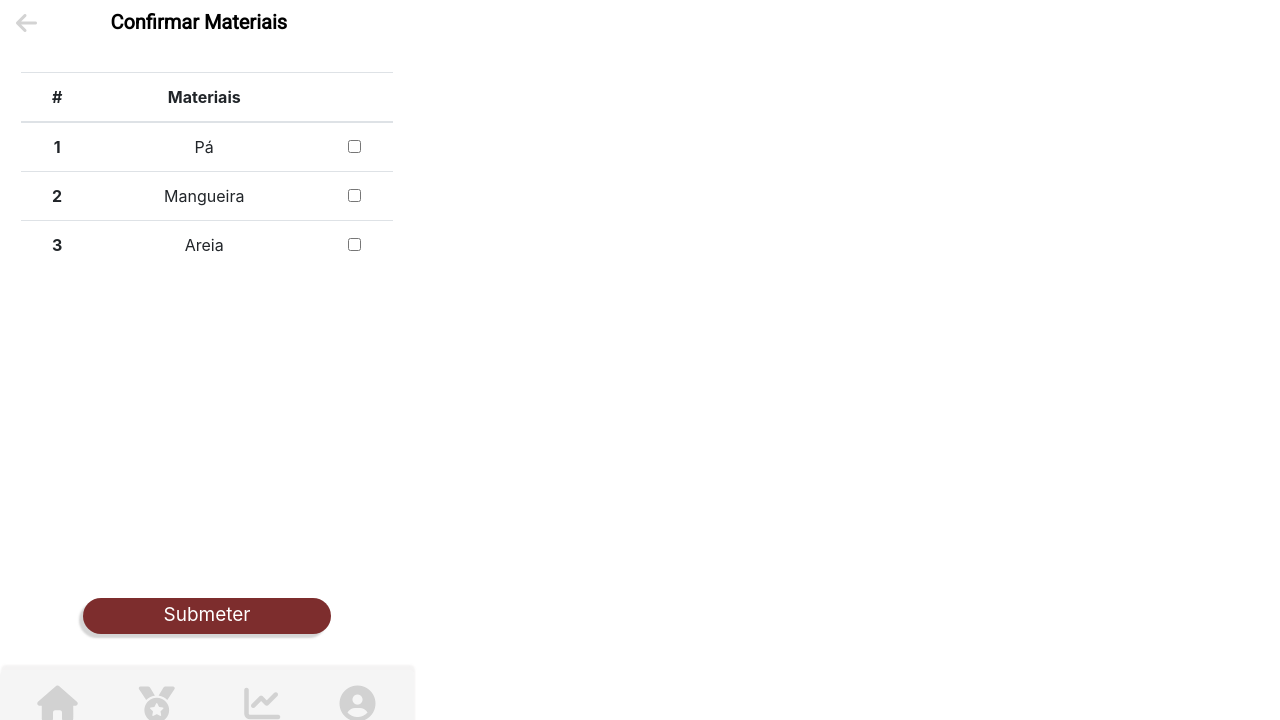
Repository: grupodetrabalhoeficiente/D213
Page: D213/Frontend/ConfirmarMateriais.html
The author's editor kept a record of every edit. The page is drawn from the files as they stood at one moment, then again after the next edit.
The browser window is 1280 px wide. The pictures show the whole page.
Some web libraries are served in a nearby version.

Above is the page before.

### D213/Frontend/ConfirmarMateriais.html
<!DOCTYPE html>
<html>
    <head>
        <meta charset="utf-8">
    <meta name="viewport" content="width=device-width, initial-scale=1, maximum-scale=1, user-scalable=no">
    <link href="https://fonts.googleapis.com/css?family=Inter&display=swap" rel="stylesheet" />
    <link href="https://fonts.googleapis.com/css?family=Roboto&display=swap" rel="stylesheet" />
    <link href="./ConfirmarMateriais.css" rel="stylesheet" />
    <link rel="stylesheet" href="https://cdn.jsdelivr.net/npm/bootstrap@4.5.3/dist/css/bootstrap.min.css" integrity="sha384-TX8t27EcRE3e/ihU7zmQxVncDAy5uIKz4rEkgIXeMed4M0jlfIDPvg6uqKI2xXr2" crossorigin="anonymous">
    <script src="https://kit.fontawesome.com/e195162fd2.js" crossorigin="anonymous"></script>
    <title>Secure4All</title>
    </head>
    <body>
  <div class="screen">
        <!--navbar-->
    <nav class="navbar fixed-top">
        <a><i id="goBack"class="fas fa-arrow-left fa-2x"></i></a>
        <span class="title">Confirmar Materiais</span>
    </nav>
    <!--tabela-->
    <div class="TabelaDiv">
    <table class="table">
  <thead>
    <tr>
      <th scope="col">#</th>
      <th scope="col">Materiais</th>
      <th scope="col"></th>
    </tr>
  </thead>
  <tbody>
    <tr>
      <th scope="row">1</th>
      <td>Pá</td>
      <td>
          <input type="checkbox" class="MaterialCheck"/>
      </td>
    </tr>
    <tr>
      <th scope="row">2</th>
      <td>Mangueira</td>
      <td>
        <input type="checkbox" class="MaterialCheck"/>
      </td>
    </tr>
    <tr>
      <th scope="row">3</th>
      <td>Areia</td>
      <td>
         <input type="checkbox" class="MaterialCheck"/>
      </td>
    </tr>
  </tbody>
</table>
</div>
<!--botao confirmar-->
<input id="submit" type ="button" class="SubmeterClass" id="SubmeterId" value="Submeter"></input>
<!--MENUBAR-->
<nav class="menubar fixed-bottom">
            <ul class="nav navbar-nav">
                <li><a href="MenuPrincipal.html"><i class="fa fa-home fa-3x"></i></a></li>
                <li><a href="Ranks.html"><i class="fa fa-medal fa-3x"></i></a></li>
                <li><a href="HistoricoOcorrencias.html"><i class="fa fa-chart-line fa-3x"></i></a></li>
                <li><a href="PerfilUpdate.html"><i class="fas fa-user-circle fa-3x"></i></a></li>
            </ul>
        </nav>
    </div>
    </body>
</html>

### D213/Frontend/ConfirmarMateriais.css
.screen {
  width:100%;
  height:100%;
  max-width: 414px;
  max-height: 736px;
  background: rgba(255,255,255,1);
  opacity: 1;
  position: absolute;
  overflow: hidden;
  z-index:-1;
}
/*NAVBAR*/
.navbar{
  width: 100%;
  max-width:414px;
  background-color: rgba(255,255,255,1);
  z-index:3;
  text-align:center;
  overflow: hidden;

}
.title {
  color: rgba(0,0,0,1);
  width: 100%;
  right: 2%;
  font-family: Roboto;
  font-weight:Bolder;
  font-size: 20px;
  opacity: 1;
  text-align: center;
  z-index:1;
  position:absolute;

}
/*TABELA*/
.TabelaDiv{
      position: relative;
    width: 90%;
    height: 67%;
    top: 10%;
    display: block;
    margin-left: auto;
    margin-right: auto;
    text-align: center;
    overflow: auto;
}
/* botao confirmar*/
.SubmeterClass{
    height: 5%;
    width: 60%;
    border-top-left-radius: 32px;
    border-top-right-radius: 32px;
    border-bottom-left-radius: 32px;
    border-bottom-right-radius: 32px;
    position: absolute;
    background-color: #7d2d2d;
    color: white;
    font-size: 19px;
    border: none;
    top: 83%;
    left: 20%;
    box-shadow: -4px 4px 2px rgb(171 171 171 / 50%);
}
/*Menubar*/
.menubar {
    width: 100%;
    height: 100%;
    max-height: 67px;
    max-width: 414px;
    background-color: rgba(255, 255, 255, 1);
    z-index: 1;
    float: center;
    overflow: hidden;
    display: block;
    font-size: 12px;
}

.fa-home {
    opacity: 1;
    position: absolute;
    top: 16px!important;
    left: 9%;
    z-index: 2;
    color: #d2d2d2;
}

.fa-medal {
    opacity: 1;
    position: absolute;
    left: 33.5%;
    z-index: 2;
    top: 17px!important;
    color: #d2d2d2;
}

.fa-chart-line {
    opacity: 1;
    position: absolute;
    left: 59%;
    z-index: 2;
    top: 16px!important;
    color: #d2d2d2;
}

.fa-user-circle {
    opacity: 1;
    position: absolute;
    left: 82%;
    z-index: 2;
    top: 16px!important;
    color: #d2d2d2;
}

#goBack {
        font-size: 24px;
    color: lightgray;
    z-index: 3;
    top: 100%;
    position: sticky;
}

.fixed-bottom {
    position: fixed;
    background-color: #ececec82;
    top: 670px;
    left: 1px;
    width: 461px;
    box-shadow: 1px -5px 2px rgb(222 221 221 / 34%);
    border-top-left-radius: 5px;
    border-top-right-radius: 5px;
    border-bottom-left-radius: 5px;
    border-bottom-right-radius: 5px;
}

After the next edit:
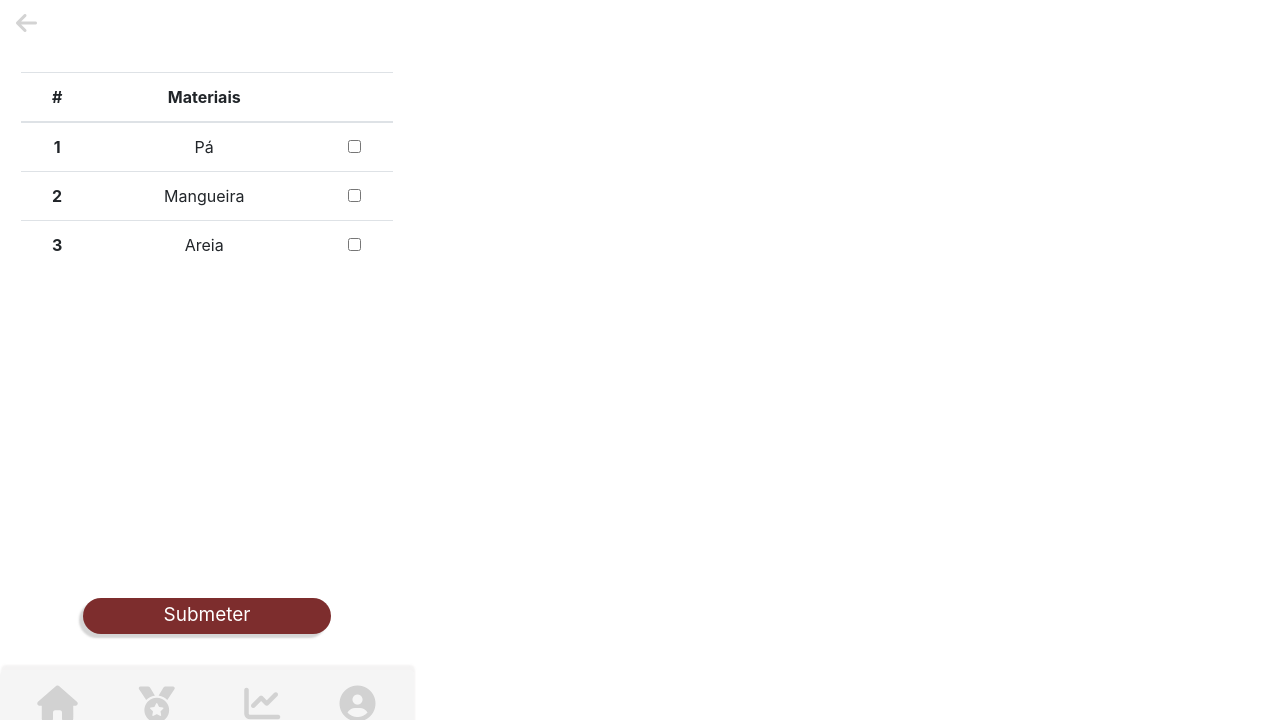
The edit:
--- a/D213/Frontend/ConfirmarMateriais.css
+++ b/D213/Frontend/ConfirmarMateriais.css
@@ -20,16 +20,13 @@
 
 }
 .title {
-  color: rgba(0,0,0,1);
-  width: 100%;
-  right: 2%;
-  font-family: Roboto;
-  font-weight:Bolder;
-  font-size: 20px;
-  opacity: 1;
-  text-align: center;
-  z-index:1;
-  position:absolute;
+    position: absolute;
+    color: rgb(58 57 57);
+    width: 100%;
+    top: 60px;
+    left: 74px;
+    font-size: 28px;
+    font-family: INHERIT;
 
 }
 /*TABELA*/
